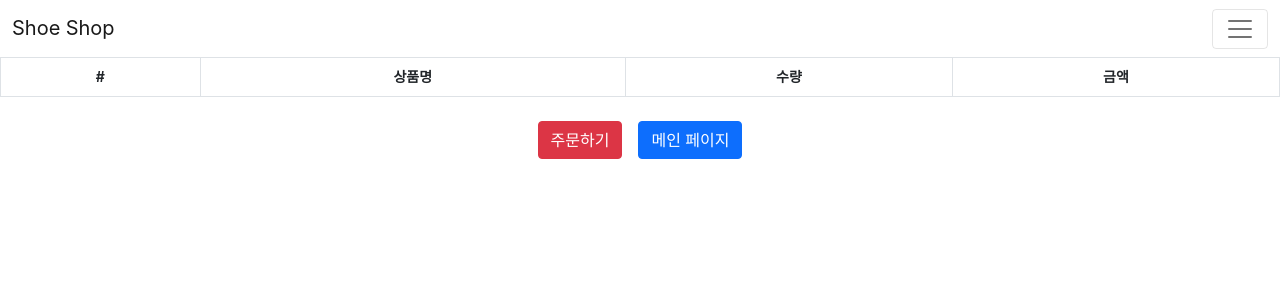
Repository: yangddoddi/shoe-store-pwa
Page: /#/cart
The author's editor kept a copy of each file at every save. The page is drawn from the files as they stood at one save, then again after the next save.
The browser window is 1280 px wide. The pictures show the whole page.
The project was rebuilt for these pictures with package versions that can differ from the ones it lists, and the page was loaded fresh each time.

Above is the page before, as saved 2022-04-11 20:39:58.

### public/index.html
<!DOCTYPE html>
<html lang="en">

<head>
  <meta charset="utf-8" />
  <link rel="icon" href="%PUBLIC_URL%/favicon.ico" />
  <meta name="viewport" content="width=device-width, initial-scale=1" />
  <meta name="theme-color" content="#000000" />
  <meta name="description" content="Web site created using create-react-app" />
  <link rel="apple-touch-icon" href="%PUBLIC_URL%/logo192.png" />
  <!--
      manifest.json provides metadata used when your web app is installed on a
      user's mobile device or desktop. See https://developers.google.com/web/fundamentals/web-app-manifest/
    -->
  <link rel="manifest" href="%PUBLIC_URL%/manifest.json" />
  <link rel="stylesheet" href="https://cdn.jsdelivr.net/npm/bootstrap@5.1.3/dist/css/bootstrap.min.css"
    integrity="sha384-1BmE4kWBq78iYhFldvKuhfTAU6auU8tT94WrHftjDbrCEXSU1oBoqyl2QvZ6jIW3" crossorigin="anonymous" />
  <!--
      Notice the use of %PUBLIC_URL% in the tags above.
      It will be replaced with the URL of the `public` folder during the build.
      Only files inside the `public` folder can be referenced from the HTML.

      Unlike "/favicon.ico" or "favicon.ico", "%PUBLIC_URL%/favicon.ico" will
      work correctly both with client-side routing and a non-root public URL.
      Learn how to configure a non-root public URL by running `npm run build`.
    -->
  <title>React App</title>
</head>

<body>
  <noscript>You need to enable JavaScript to run this app.</noscript>
  <div id="root"></div>
  <!--
      This HTML file is a template.
      If you open it directly in the browser, you will see an empty page.

      You can add webfonts, meta tags, or analytics to this file.
      The build step will place the bundled scripts into the <body> tag.

      To begin the development, run `npm start` or `yarn start`.
      To create a production bundle, use `npm run build` or `yarn build`.
    -->
</body>

</html>

### src/index.js
import React from "react";
import * as ReactDOM from "react-dom/client";
import "./index.css";
import App from "./App";
import * as serviceWorkerRegistration from "./serviceWorkerRegistration";
import reportWebVitals from "./reportWebVitals";

import { HashRouter } from "react-router-dom";
import { Provider } from "react-redux";
import { combineReducers, createStore } from "redux";

let defaultState = [
  // { id: 0, name: "good shoes", quantity: 1, price: 100 },
  // { id: 1, name: "air Max 97", quantity: 1, price: 200 },
  // { id: 2, name: "NB 993", quantity: 1, price: 250 },
  // { id: 3, name: "bad shoes", quantity: 1, price: 10 },
  // { id: 4, name: "slippers", quantity: 1, price: 90 },
  // { id: 5, name: "baby shoes", quantity: 1, price: 500 },
];

let alertDefault = true;

let store = createStore(combineReducers({ reducer, reducer2 }));

function reducer(state = defaultState, action) {
  let setState = [...state];

  if (action.type === "order") {
    const sameProduct = setState.find((e) => e.id == action.payload.id);
    if (sameProduct) {
      sameProduct.quantity++;
      return setState;
    } else {
      setState.push(action.payload);
      return setState;
    }
  }

  if (action.type === "increase") {
    console.log(action.payload.id);
    const sameProduct = setState.find((e) => e.id == action.payload.id);
    if (sameProduct) {
      sameProduct.quantity++;
      return setState;
    }
  } else if (action.type === "decrease") {
    const sameProduct = setState.find((e) => e.id == action.payload.id);
    if (sameProduct && sameProduct.quantity > 0) {
      sameProduct.quantity--;
      return setState;
    }
  }
  {
    return state;
  }
}

function reducer2(state = alertDefault, action) {
  let setState = state;
  if (action.type === "exitAlert") {
    setState = false;
    return setState;
  } else return setState;
}

const root = ReactDOM.createRoot(document.getElementById("root"));
root.render(
  <HashRouter>
    <Provider store={store}>
      <App />
    </Provider>
  </HashRouter>
);

// If you want your app to work offline and load faster, you can change
// unregister() to register() below. Note this comes with some pitfalls.
// Learn more about service workers: https://cra.link/PWA
serviceWorkerRegistration.register();

// If you want to start measuring performance in your app, pass a function
// to log results (for example: reportWebVitals(console.log))
// or send to an analytics endpoint. Learn more: https://bit.ly/CRA-vitals
reportWebVitals();

### src/App.js
import React, { useState, useContext, lazy, Suspense } from "react";
import "./App.css";
import { Link, Route, Switch, useHistory } from "react-router-dom";
import axios from "axios";
import Draggable from "react-draggable";

import {
  Navbar,
  Container,
  Offcanvas,
  Nav,
  Form,
  Button,
  NavDropdown,
  FormControl,
} from "react-bootstrap";
import CartPage from "./Cart.js";
import productData from "./data.js";
// import DetailPageItem from "./detailPageItems.js";
let Detail = lazy(() => import("./detailPageItems.js"));

let stockContext = React.createContext();

let recentlyViewedProduct = localStorage.getItem("data");
let recentlyViewedArr = JSON.parse(recentlyViewedProduct);

function App() {
  let history = useHistory();

  let [product, setProduct] = useState(productData);
  let [loading, setLoading] = useState(false);
  let [stock, setStock] = useState([3, 7, 2]);
  const [sidePosition, setSidePosition] = useState({ x: 0, y: 0 });
  const trackPos = (data) => {
    setSidePosition({ x: data.x, y: data.y });
  };

  function loadItems() {
    setLoading(true);
    axios
      .get("https://codingapple1.github.io/shop/data2.json")
      .then((json) => {
        setProduct([...product, ...json.data]);
        setLoading(false);
      })
      .catch(() => {
        alert("서버 요청에 실패했습니다.");
      });
  }

  return (
    <div className="App">
      <NewNavbar />
      {recentlyViewedArr ? (
        <Sidebar
          history={history}
          sidePosition={sidePosition}
          setSidePosition={setSidePosition}
          trackPos={trackPos}
        />
      ) : null}
      <Switch>
        <Route exact path="/">
          <Jumbotron />
          <stockContext.Provider value={stock}>
            <ShopItemList product={product} history={history} />
          </stockContext.Provider>
          {loading ? <LoadingSpinner /> : null}
          <button className="btn btn-primary m-5" onClick={loadItems}>
            더보기
          </button>
        </Route>
        <Route path="/detail/:id">
          <Suspense fallback={<div>로딩중</div>}>
            <Detail product={product} stock={stock} setStock={setStock} />
          </Suspense>
        </Route>
        <Route path="/cart">
          <CartPage product={product} />
        </Route>
      </Switch>
    </div>
  );
}

function NewNavbar() {
  return (
    <Navbar bg="white" expand={false}>
      <Container fluid>
        <Navbar.Brand href="#">Shoe Shop</Navbar.Brand>
        <Navbar.Toggle aria-controls="offcanvasNavbar" />
        <Navbar.Offcanvas
          id="offcanvasNavbar"
          aria-labelledby="offcanvasNavbarLabel"
          placement="end"
        >
          <Offcanvas.Header closeButton>
            <Offcanvas.Title id="offcanvasNavbarLabel">
              Shoe Shop
            </Offcanvas.Title>
          </Offcanvas.Header>
          <Offcanvas.Body>
            <Nav className="justify-content-end flex-grow-1 pe-3">
              <Nav.Link as={Link} className="link" to="/">
                Home
              </Nav.Link>
              <Nav.Link as={Link} className="link" to="../cart">
                Cart
              </Nav.Link>
            </Nav>
          </Offcanvas.Body>
        </Navbar.Offcanvas>
      </Container>
    </Navbar>
  );
}

function Jumbotron() {
  return (
    <div className="jumbotron">
      <h1 className="display-4">premium shoe market!</h1>
      <p className="lead">All the shoes you want are on our page</p>
      <hr className="my-4" />
      <p>
        Reasonable price <br />
        The highest quality
      </p>
      <p className="lead">
        <a className="btn btn-primary btn-lg" href="#" role="button">
          Buy now
        </a>
      </p>
    </div>
  );
}

function ShopItemList(props) {
  return (
    <div className="container">
      <div className="row shopItemList">
        {props.product.map((e, i) => {
          return (
            <ShopItems
              product={e}
              index={i}
              key={e.id}
              history={props.history}
            />
          );
        })}
      </div>
    </div>
  );
}

function ShopItems(props) {
  let stock = useContext(stockContext);

  return (
    <div
      className="col-md-4 shopItem"
      onClick={() => {
        props.history.push(`/detail/${props.product.id}`);
      }}
    >
      <img
        src={`https://codingapple1.github.io/shop/shoes${
          props.product.id + 1
        }.jpg`}
      />
      <h5>{props.product.title}</h5>
      <p>{props.product.content}</p>
      <p>{props.product.price}</p>
      <p>stock : {stock[props.product.id]}</p>
    </div>
  );
}

function LoadingSpinner() {
  return (
    <div className="spinner-border text-primary loading" role="status">
      <span class="sr-only">Loading...</span>
    </div>
  );
}

function Sidebar(props) {
  return (
    <Draggable onDrag={(e, data) => props.trackPos(data)}>
      <aside className="sidebar">
        <p>최근 본 상품</p>
        {recentlyViewedArr.map((num) => {
          return (
            <img
              src={`https://codingapple1.github.io/shop/shoes${num + 1}.jpg`}
              draggable="false"
              onClick={() => {
                props.history.push(`/detail/${num}`);
              }}
            />
          );
        })}
      </aside>
    </Draggable>
  );
}

export default App;

### src/serviceWorkerRegistration.js
// This optional code is used to register a service worker.
// register() is not called by default.

// This lets the app load faster on subsequent visits in production, and gives
// it offline capabilities. However, it also means that developers (and users)
// will only see deployed updates on subsequent visits to a page, after all the
// existing tabs open on the page have been closed, since previously cached
// resources are updated in the background.

// To learn more about the benefits of this model and instructions on how to
// opt-in, read https://cra.link/PWA

const isLocalhost = Boolean(
  window.location.hostname === 'localhost' ||
    // [::1] is the IPv6 localhost address.
    window.location.hostname === '[::1]' ||
    // 127.0.0.0/8 are considered localhost for IPv4.
    window.location.hostname.match(/^127(?:\.(?:25[0-5]|2[0-4][0-9]|[01]?[0-9][0-9]?)){3}$/)
);

export function register(config) {
  if (process.env.NODE_ENV === 'production' && 'serviceWorker' in navigator) {
    // The URL constructor is available in all browsers that support SW.
    const publicUrl = new URL(process.env.PUBLIC_URL, window.location.href);
    if (publicUrl.origin !== window.location.origin) {
      // Our service worker won't work if PUBLIC_URL is on a different origin
      // from what our page is served on. This might happen if a CDN is used to
      // serve assets; see https://github.com/facebook/create-react-app/issues/2374
      return;
    }

    window.addEventListener('load', () => {
      const swUrl = `${process.env.PUBLIC_URL}/service-worker.js`;

      if (isLocalhost) {
        // This is running on localhost. Let's check if a service worker still exists or not.
        checkValidServiceWorker(swUrl, config);

        // Add some additional logging to localhost, pointing developers to the
        // service worker/PWA documentation.
        navigator.serviceWorker.ready.then(() => {
          console.log(
            'This web app is being served cache-first by a service ' +
              'worker. To learn more, visit https://cra.link/PWA'
          );
        });
      } else {
        // Is not localhost. Just register service worker
        registerValidSW(swUrl, config);
      }
    });
  }
}

function registerValidSW(swUrl, config) {
  navigator.serviceWorker
    .register(swUrl)
    .then((registration) => {
      registration.onupdatefound = () => {
        const installingWorker = registration.installing;
        if (installingWorker == null) {
          return;
        }
        installingWorker.onstatechange = () => {
          if (installingWorker.state === 'installed') {
            if (navigator.serviceWorker.controller) {
              // At this point, the updated precached content has been fetched,
              // but the previous service worker will still serve the older
              // content until all client tabs are closed.
              console.log(
                'New content is available and will be used when all ' +
                  'tabs for this page are closed. See https://cra.link/PWA.'
              );

              // Execute callback
              if (config && config.onUpdate) {
                config.onUpdate(registration);
              }
            } else {
              // At this point, everything has been precached.
              // It's the perfect time to display a
              // "Content is cached for offline use." message.
              console.log('Content is cached for offline use.');

              // Execute callback
              if (config && config.onSuccess) {
                config.onSuccess(registration);
              }
            }
          }
        };
      };
    })
    .catch((error) => {
      console.error('Error during service worker registration:', error);
    });
}

function checkValidServiceWorker(swUrl, config) {
  // Check if the service worker can be found. If it can't reload the page.
  fetch(swUrl, {
    headers: { 'Service-Worker': 'script' },
  })
    .then((response) => {
      // Ensure service worker exists, and that we really are getting a JS file.
      const contentType = response.headers.get('content-type');
      if (
        response.status === 404 ||
        (contentType != null && contentType.indexOf('javascript') === -1)
      ) {
        // No service worker found. Probably a different app. Reload the page.
        navigator.serviceWorker.ready.then((registration) => {
          registration.unregister().then(() => {
            window.location.reload();
          });
        });
      } else {
        // Service worker found. Proceed as normal.
        registerValidSW(swUrl, config);
      }
    })
    .catch(() => {
      console.log('No internet connection found. App is running in offline mode.');
    });
}

export function unregister() {
  if ('serviceWorker' in navigator) {
    navigator.serviceWorker.ready
      .then((registration) => {
        registration.unregister();
      })
      .catch((error) => {
        console.error(error.message);
      });
  }
}

### src/App.css
@import "~antd/dist/antd.css";

.App {
  text-align: center;
}

.App-logo {
  height: 40vmin;
  pointer-events: none;
}

.sidebar {
  background-color: white;
  position: fixed;
  right: 0px;
  top: 100px;
  display: flex;
  flex-direction: column;
  width: 100px;
  opacity: 90%;
  border-radius: 10px;
  border: whitesmoke 1px solid;
  cursor: move;
  user-select: none;
}

.sidebar p {
  background-color: whitesmoke;
  color: black;
  padding: 10px 0px;
  border-radius: 10px;
  margin-bottom: 0px;
}

.sidebar img {
  padding-bottom: 10px;
  cursor: pointer;
  border: whitesmoke 1px solid;
}

.jumbotron {
  padding: 80px 0px;
  background-image: url(../src/shoes.jpg);
  background-size: cover;
  background-position: center;
  background-color: beige;
  color: white;
}

.jumbotron h1 {
  color: white;
}

.shopItem {
  margin-top: 50px;
}

.shopItem p {
  margin-bottom: 0px;
  color: rgba(0, 0, 0, 0.5);
}

.shopItemList img {
  width: 100%;
}

.loading {
  display: block;
  margin: 100px auto 50px auto;
}

.link {
  text-decoration: none;
}

.shopItemList {
  cursor: pointer;
}

@media (prefers-reduced-motion: no-preference) {
  .App-logo {
    animation: App-logo-spin infinite 20s linear;
  }
}

.App-header {
  background-color: #282c34;
  min-height: 100vh;
  display: flex;
  flex-direction: column;
  align-items: center;
  justify-content: center;
  font-size: calc(10px + 2vmin);
  color: white;
}

.App-link {
  color: #61dafb;
}

@keyframes App-logo-spin {
  from {
    transform: rotate(0deg);
  }
  to {
    transform: rotate(360deg);
  }
}

### src/Cart.js
import React, { useEffect } from "react";
import { Table } from "react-bootstrap";
import { useDispatch, useSelector } from "react-redux";
import { Button } from "react-bootstrap";

function Cart() {
  let state = useSelector((state) => state);
  let dispatch = useDispatch();

  return (
    <CartTable
      product={state.reducer}
      setAlert={state.reducer2}
      dispatch={dispatch}
    />
  );
}

function CartTable(props) {
  return (
    <>
      <Table striped bordered hover>
        <thead>
          <tr>
            <th>#</th>
            <th>상품명</th>
            <th>수량</th>
            <th>금액</th>
          </tr>
        </thead>
        <tbody>
          {props.product.map((e, i) => {
            return (
              <tr>
                <td>{e.id}</td>
                <td>{e.name}</td>
                <td>{e.quantity}</td>
                <td>{e.price * e.quantity}$</td>
                <td>
                  <button
                    onClick={() => {
                      props.dispatch({
                        type: "increase",
                        payload: { id: e.id },
                      });
                    }}
                  >
                    +
                  </button>
                  <button
                    onClick={() => {
                      props.dispatch({
                        type: "decrease",
                        payload: { id: e.id },
                      });
                    }}
                  >
                    -
                  </button>
                </td>
              </tr>
            );
          })}
        </tbody>
      </Table>
      <Button className="btn btn-danger m-2" href="/">
        주문하기
      </Button>
      <Button className="btn btn-primary m-2" href="/">
        메인 페이지
      </Button>
    </>
  );
}

export default Cart;

### src/data.js
export default [
  {
    id: 0,
    title: "White and Black",
    content: "Born in France",
    price: 120000,
  },

  {
    id: 1,
    title: "Red Knit",
    content: "Born in Seoul",
    price: 110000,
  },

  {
    id: 2,

    title: "Grey Yordan",
    content: "Born in the States",
    price: 130000,
  },
];

Loaded but not shown: src/index.css (common file); src/reportWebVitals.js (common file)

After the next save:
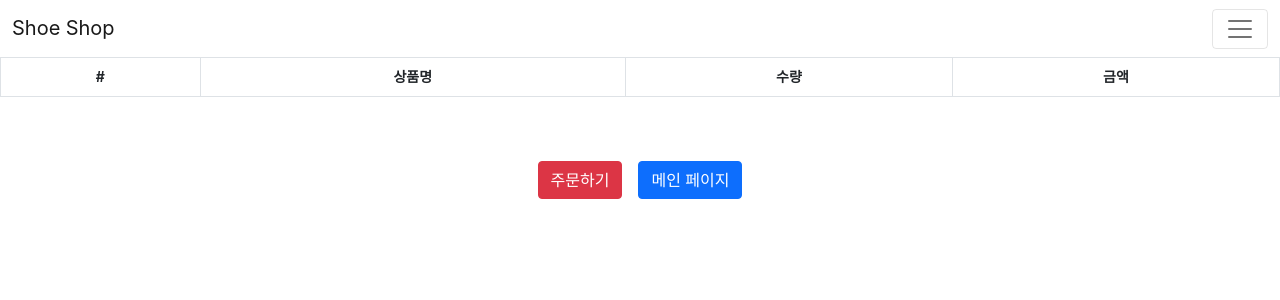
Saved 7 s later.
--- a/src/Cart.js
+++ b/src/Cart.js
@@ -63,10 +63,10 @@ function CartTable(props) {
           })}
         </tbody>
       </Table>
-      <Button className="btn btn-danger m-2" href="/">
+      <Button className="btn btn-danger m-2 mt-5" href="/">
         주문하기
       </Button>
-      <Button className="btn btn-primary m-2" href="/">
+      <Button className="btn btn-primary m-2 mt-5" href="/">
         메인 페이지
       </Button>
     </>
